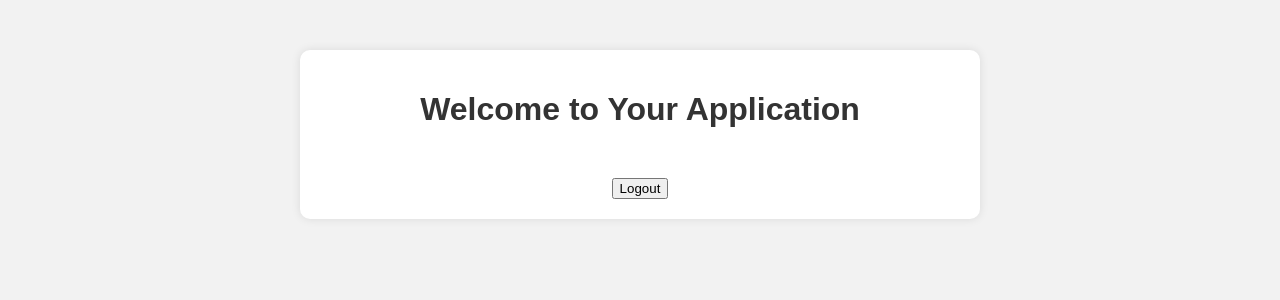
Repository: tattvams/pre-onboarding
Page: http://localhost/basic-webapp-login/Home.jsp
The author's editor kept a copy of each file at every save. The page is drawn from the files as they stood at one save, then again after the next save.
The browser window is 1280 px wide. The pictures show the whole page.
The page is served by Tomcat 9.

Above is the page before, as saved 2023-12-29 15:04:40.

After the next save:
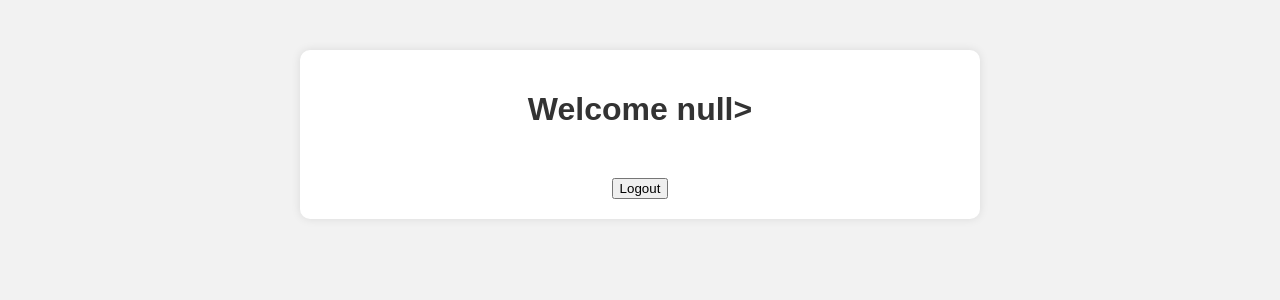
Saved 2 min 2 s later.
--- a/basic-webapp-login/src/main/webapp/Home.jsp
+++ b/basic-webapp-login/src/main/webapp/Home.jsp
@@ -10,7 +10,7 @@
 <body>
     <div class="container">
 
-        <h1>Welcome to Your Application</h1>
+        <h1>Welcome <%=session.getAttribute("username") %>></h1>
 
         <div style="text-align: center;">
             <form action="logout" method="post">
